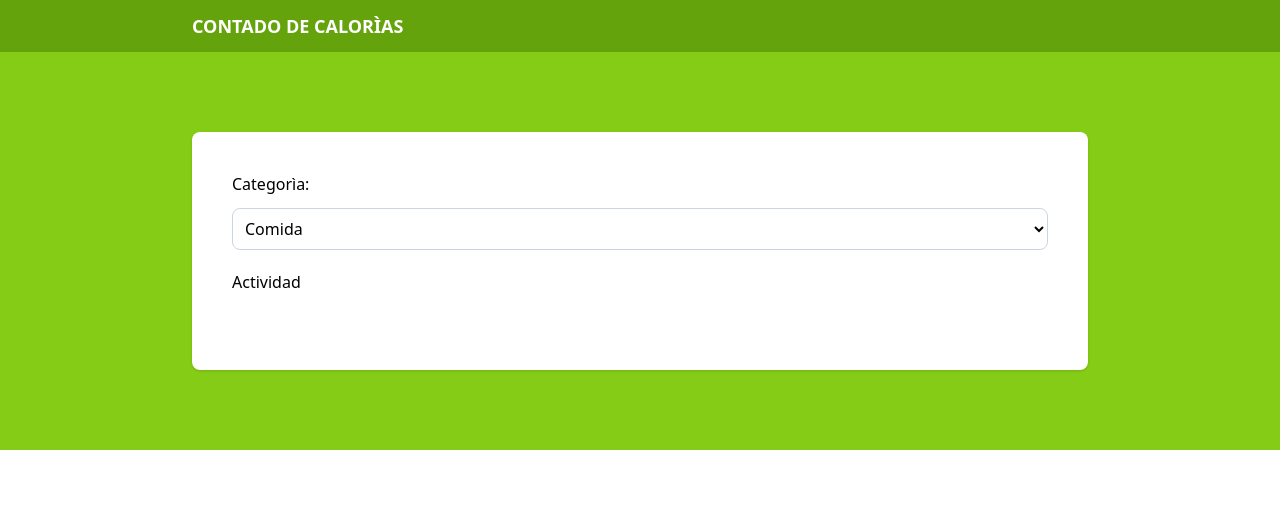
Repository: Matiiu/calorie-tracker
Page: /
The author's editor kept a copy of each file at every save. The page is drawn from the files as they stood at one save, then again after the next save.
The browser window is 1280 px wide. The pictures show the whole page.
The project was rebuilt for these pictures with package versions that can differ from the ones it lists, and the page was loaded fresh each time. Also part of the build but not shown: vite.config.ts.

Above is the page before, as saved 2024-03-30 22:43:14.

### index.html
<!doctype html>
<html lang="en">
  <head>
    <meta charset="UTF-8" />
    <link rel="icon" type="image/svg+xml" href="/vite.svg" />
    <meta name="viewport" content="width=device-width, initial-scale=1.0" />
    <title>Contador de Calorías - React</title>
  </head>
  <body>
    <div id="root"></div>
    <script type="module" src="/src/main.tsx"></script>
  </body>
</html>

### src/App.tsx
import Header from "./components/Header";
import Form from "./components/Form";
export default function App() {
  return (
    <>
      <Header />

      <section className="bg-lime-500 py-20 px-5">
        <div className="max-w-4xl mx-auto">
          <Form />
        </div>
      </section>
    </>
  );
}

### src/components/Header.tsx
export default function Header() {
  return (
    <header className="bg-lime-600 py-3">
      <div className="max-w-4xl mx-auto flex justify-between">
        <h1 className="text-center text-lg font-bold text-white uppercase">
          Contado de Calorìas
        </h1>
      </div>
    </header>
  );
}

### src/components/Form.tsx
import { categories } from "../data/categories";

export default function Form() {
  return (
    <form className="space-y-5 bg-white shadow p-10 rounded-lg">
      <div className="grid grid-cols-1 gap-3">
        <label htmlFor="category">Categorìa:</label>
        <select
          name="category"
          id="category"
          className="border border-slate-300 p-2 rounded-lg w-full bg-white"
        >
          {categories.map((category) => (
            <option key={category.id} value={category.id}>
              {category.name}
            </option>
          ))}
        </select>
      </div>

      <div className="grid grid-cols-1 gap-3">
        <label htmlFor="activity">Actividad</label>
        <input id="activity" name="activity" type="text" />
      </div>
    </form>
  );
}

### src/data/categories.ts
import { Category } from "../types";

export const categories: Category[] = [
  { id: 1, name: "Comida" },
  { id: 2, name: "Ejercicio" },
];

Loaded but not shown: src/main.tsx (common file); src/index.css (common file); tailwind.config.js (common file)

After the next save:
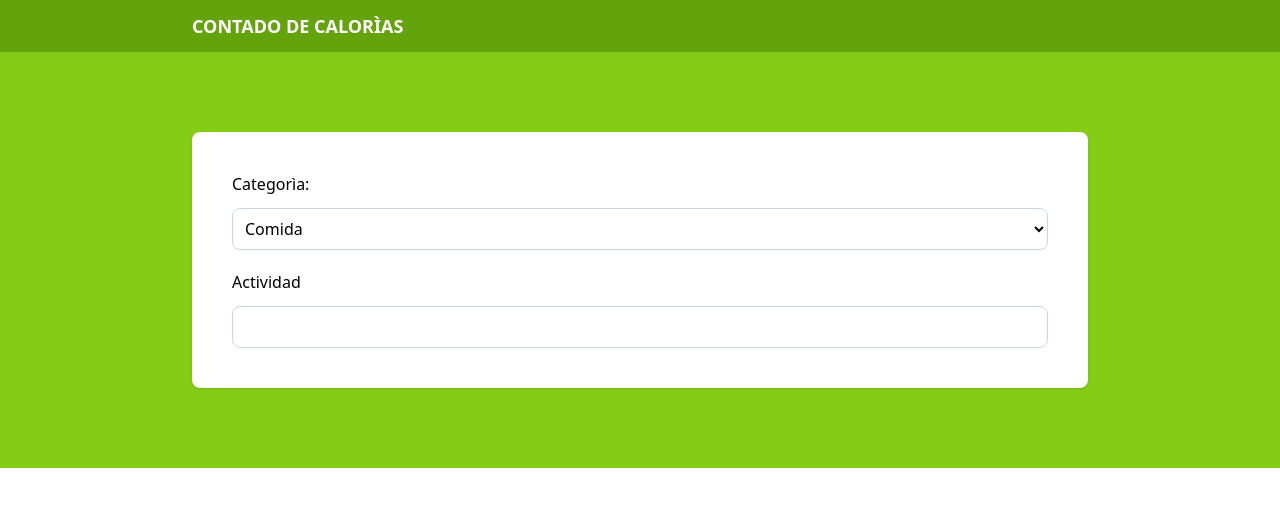
Saved 54 s later.
--- a/src/components/Form.tsx
+++ b/src/components/Form.tsx
@@ -20,7 +20,7 @@ export default function Form() {
 
       <div className="grid grid-cols-1 gap-3">
         <label htmlFor="activity">Actividad</label>
-        <input id="activity" name="activity" type="text" />
+        <input id="activity" name="activity" type="text" className="border border-slate-300 p-2 rounded-lg" />
       </div>
     </form>
   );
